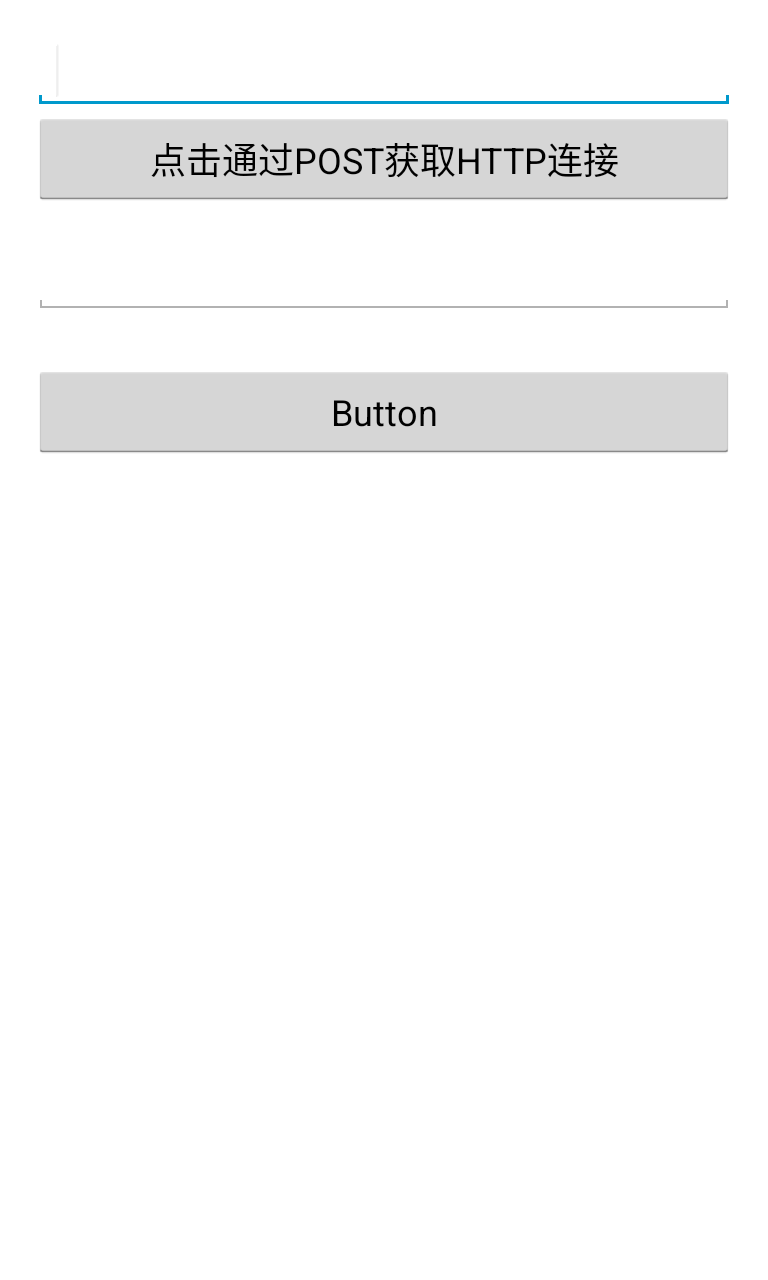
Repository: ShigerD/AndroidSample
Layout: Sample/Sample10/HTTP/Http/res/layout/activity_main.xml
These files come from the project's save history. The layout is drawn as it stood at one moment and after the next save; the edit follows.
It is drawn on a 768 x 1280 px phone screen (xhdpi) without system bars, with theme AppTheme; the app's code is not run.

Above is the layout before, as saved 2016-10-16 09:01:48.

After the next save:
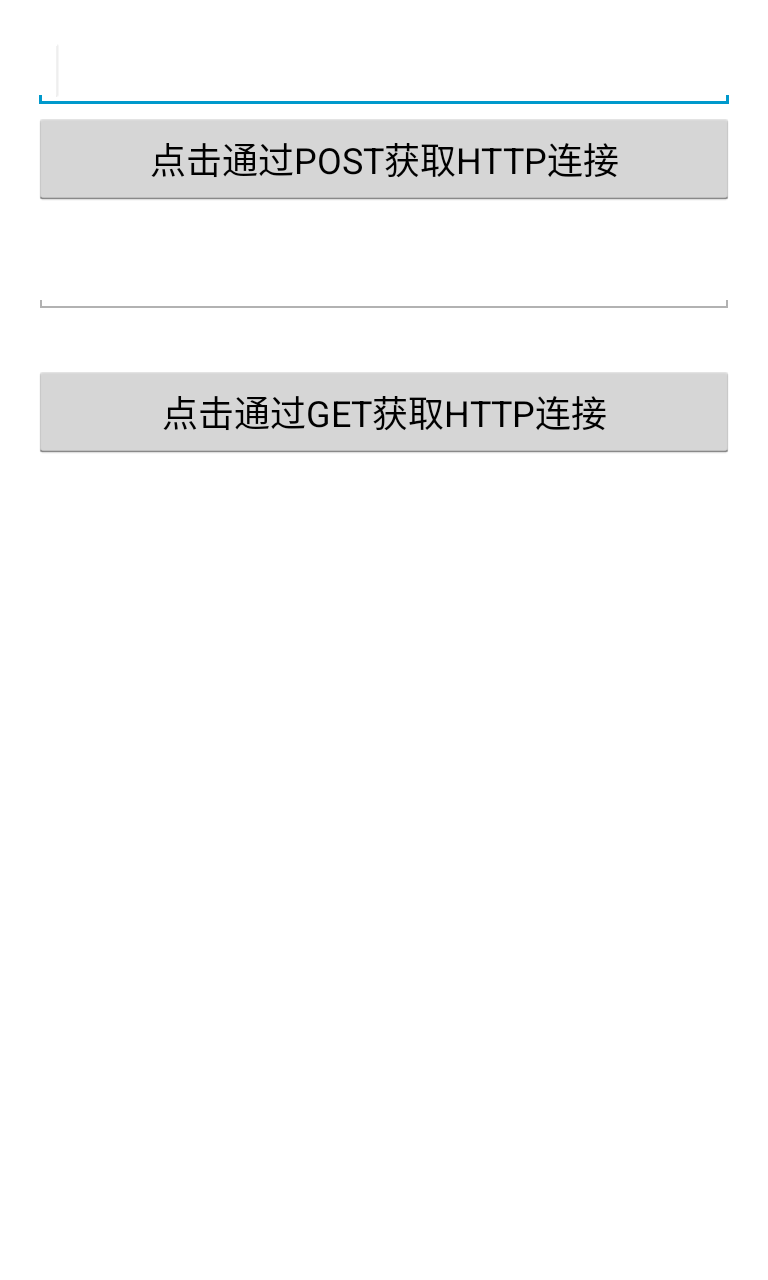
Saved 31 s later.
--- a/Sample/Sample10/HTTP/Http/res/layout/activity_main.xml
+++ b/Sample/Sample10/HTTP/Http/res/layout/activity_main.xml
@@ -56,6 +56,6 @@
         android:layout_alignLeft="@+id/scrollView1"
         android:layout_below="@+id/scrollView1"
         android:layout_marginTop="24dp"
-        android:text="Button" />
+        android:text="@string/btnGet" />
 
 </RelativeLayout>
